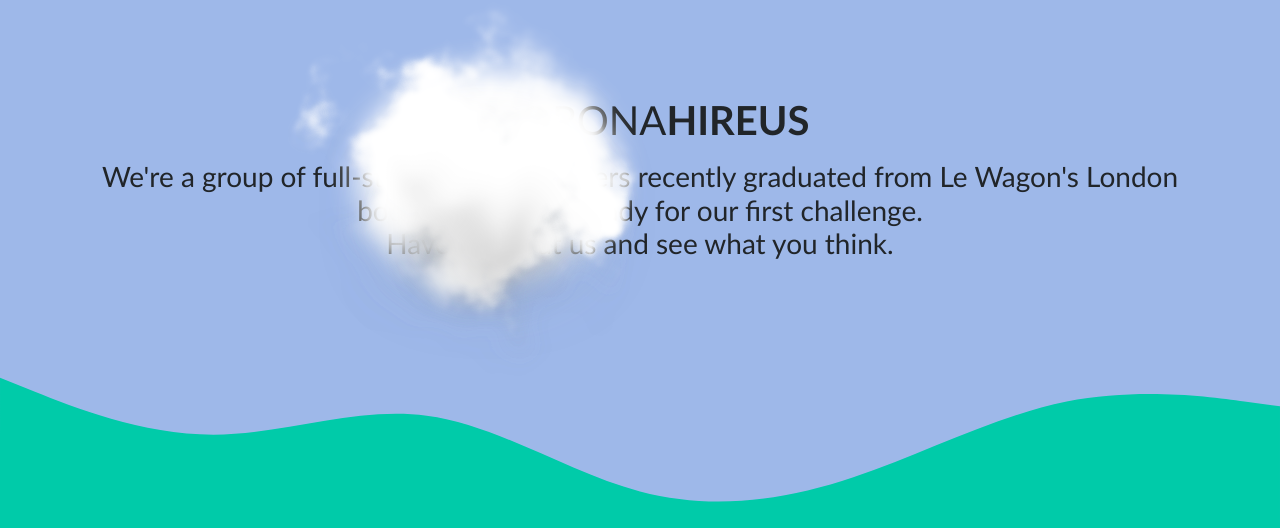
Repository: rahulkeerthi/coronahireus
Page: index.html
An editor plug-in stored every save of this project. The page is shown before and after the next save, followed by the edit.
The browser window is 1280 px wide. The pictures show the part of the page from y = 0 to 528 px (the page is 1328 px tall).
A picture or video elsewhere on the page could not be fetched, so the positions and the page height are approximate. Some web libraries are served in a nearby version.

Above is the page before, as saved 2020-03-28 02:02:27.

### index.html
<!DOCTYPE html>
<html lang="en">
<head>
    <meta charset="UTF-8">
    <meta name="viewport" content="width=device-width, initial-scale=1.0">
    <meta http-equiv="X-UA-Compatible" content="IE=edge">
    <title>Corona-Hire-Us</title>
    <link rel="stylesheet" href="style.css">
    <script src="main.js" defer></script>
    <link rel="shortcut icon" href="data:[embedded picture, 18 characters]" type="image/x-icon">
    <link rel="stylesheet" href="https://use.fontawesome.com/releases/v5.0.10/css/all.css">
    <link rel="stylesheet" href="https://stackpath.bootstrapcdn.com/bootstrap/4.3.1/css/bootstrap.min.css">
  </head>
<body>
    <div>
        <div class="wrapper">
            <div class="body-cloud" id="cloud1">
                <div class="cloud" id="cloud1-back" style="left: -15vw"></div>
                <div class="cloud" id="cloud1-mid" style="left: -15vw"></div>
                <div class="cloud" id="cloud1-front" style="left: -15vw"></div>
                <!--   77, 327,109, 841, 2319, 5032, 1094, 892, 6739, 512, 84 -->
                <svg width="0" height="0">
                <!--Top Layer-->
                    <filter id="filter1-back">
                    <feTurbulence type="fractalNoise" baseFrequency="0.012" numOctaves="4" seed="0" />
                    <feDisplacementMap  in="SourceGraphic" scale="170" />
                    </filter>
                    <filter id="filter1-mid">
                        <feTurbulence type="fractalNoise"  baseFrequency="0.012" numOctaves="2" seed="0"/>
                    <feDisplacementMap  in="SourceGraphic" scale="150" />
                    </filter>
                    <filter id="filter1-front">
                        <feTurbulence type="fractalNoise" baseFrequency="0.012" numOctaves="2" seed="0"/>
                    <feDisplacementMap  in="SourceGraphic" scale="100" />
                    </filter>
                </svg>
            </div>
            <div class="body-cloud" id="cloud2">
                <div class="cloud" id="cloud2-mid" style="left: 0vw, top: -10vh"></div>
                <div class="cloud" id="cloud2-back" style="left: 0vw, top: -10vh"></div>
                <div class="cloud" id="cloud2-front" style="left: 0vw, top: -10vh"></div>
                <!--   77, 327,109, 841, 2319, 5032, 1094, 892, 6739, 512, 84 -->
                <svg width="0" height="0">
                <!--Top Layer-->
                    <filter id="filter2-back">
                    <feTurbulence type="fractalNoise" baseFrequency="0.012" numOctaves="4" seed="0" />
                    <feDisplacementMap  in="SourceGraphic" scale="170" />
                    </filter>
                    <filter id="filter2-mid">
                        <feTurbulence type="fractalNoise"  baseFrequency="0.012" numOctaves="2" seed="0"/>
                    <feDisplacementMap  in="SourceGraphic" scale="150" />
                    </filter>
                    <filter id="filter2-front">
                        <feTurbulence type="fractalNoise" baseFrequency="0.012" numOctaves="2" seed="0"/>
                    <feDisplacementMap  in="SourceGraphic" scale="100" />
                    </filter>
                </svg>
            </div>
            <div class="sky text-center">
                <h1 class="pt-5">#CORONA<strong>HIREUS</strong></h1>
                <h3 class="container py-2">We're a group of full-stack Rails developers recently graduated from Le Wagon's London boot camp. We're ready for our first challenge. <br>Have a look at us and see what you think.</h3>
            </div>
            <div class="hills">
                <svg xmlns="http://www.w3.org/2000/svg" viewBox="0 0 1440 320"><path fill="#00cba9" fill-opacity="1" d="M0,128L40,144C80,160,160,192,240,192C320,192,400,160,480,170.7C560,181,640,235,720,256C800,277,880,267,960,240C1040,213,1120,171,1200,154.7C1280,139,1360,149,1400,154.7L1440,160L1440,320L1400,320C1360,320,1280,320,1200,320C1120,320,1040,320,960,320C880,320,800,320,720,320C640,320,560,320,480,320C400,320,320,320,240,320C160,320,80,320,40,320L0,320Z"></path></svg>
            </div>
            <div class="field">
                <div class="container pt-5" id="card-container">
                    <div class="card-profile invisible">
                        <img src="https://kitt.lewagon.com/placeholder/users/rahulkeerthi" />
                        <div class="card-profile-infos">
                          <h2>Rahul Keerthi</h2>
                          <p>Interest in <strong>full-stack, front-end and back-end</strong>. TMT strategy consultant background.</p>
                          <p>Currently learning React.</p>
                        </div>
                        <div class="card-links">
                            <a href="https://twitter.com/diegegenpress" target="_blank"><i class="fab fa-twitter"></i></a>
                            <a href="https://github.com/rahulkeerthi/" target="_blank"><i class="fab fa-github"></i></a>
                            <a href="https://www.linkedin.com/in/rahulkeerthi" target="_blank"><i class="fab fa-linkedin"></i></a>
                        </div>
                    </div>
                    <div class="card-profile invisible">
                        <img src="https://kitt.lewagon.com/placeholder/users/domferris" />
                        <div class="card-profile-infos">
                          <h2>Dom Ferris</h2>
                          <p>Interest in <strong>full-stack and front-end</strong>. Visual arts background.</p>
                          <p>Currently working an MVP.</p>
                        </div>
                        <div class="card-links">
                            <a href="https://twitter.com/CoronaHire" target="_blank"><i class="fab fa-twitter"></i></a>
                            <a href="https://github.com/rahulkeerthi/coronahireus" target="_blank"><i class="fab fa-github"></i></a>
                            <a href="#" target="_blank"><i class="fab fa-linkedin"></i></a>
                        </div>
                    </div>
                    <div class="card-profile invisible">
                        <img src="https://kitt.lewagon.com/placeholder/users/magdacembor" />
                        <div class="card-profile-infos">
                          <h2>Magda Cembor</h2>
                          <p>Interest in <strong>full-stack, front-end and back-end</strong>. Visual arts background.</p>
                          <p>Currently learning node.js and React.</p>
                        </div>
                        <div class="card-links">
                            <a href="https://twitter.com/CoronaHire" target="_blank"><i class="fab fa-twitter"></i></a>
                            <a href="https://github.com/rahulkeerthi/coronahireus" target="_blank"><i class="fab fa-github"></i></a>
                            <a href="#" target="_blank"><i class="fab fa-linkedin"></i></a>
                        </div>
                    </div>
                    <div class="card-profile invisible">
                        <img src="https://kitt.lewagon.com/placeholder/users/katsuu" />
                        <div class="card-profile-infos">
                          <h2>Katrina Au</h2>
                          <p>Interest in <strong>full-stack and front-end</strong>. Product owner background.</p>
                          <p>Currently working on an MVP.</p>
                        </div>
                        <div class="card-links">
                            <a href="https://twitter.com/CoronaHire" target="_blank"><i class="fab fa-twitter"></i></a>
                            <a href="https://github.com/rahulkeerthi/coronahireus" target="_blank"><i class="fab fa-github"></i></a>
                            <a href="#" target="_blank"><i class="fab fa-linkedin"></i></a>
                        </div>
                    </div>
                </div>
            </div>
        </div>
    </div>
    <div class="footer">
        <div class="footer-links">
            <a href="https://twitter.com/CoronaHire"><i class="fab fa-twitter"></i></a>
            <a href="https://github.com/rahulkeerthi/coronahireus"><i class="fab fa-github"></i></a>
            <a href="#"><i class="fab fa-linkedin"></i></a>
        </div>
        <div class="footer-copyright">
          Made with <i class="fas fa-heart"></i> by Rahul Keerthi (Le Wagon #361)
        </div>
      </div>
</body>
</html>

### style.css
body p {
    font-family: 'Lucida Sans', 'Lucida Sans Regular', 'Lucida Grande', 'Lucida Sans Unicode', Geneva, Verdana, sans-serif;
}

body h1 {
    font-family: 'Gill Sans', 'Gill Sans MT', Calibri, 'Trebuchet MS', sans-serif;
}

body h3 {
    font-family: 'Gill Sans', 'Gill Sans MT', Calibri, 'Trebuchet MS', sans-serif;
}

/* PAGE STRUCTURE */

.wrapper {
    /* position: relative; */
}

.sky {
    background-color: #9eb8e9;
    height: 30vh;
}

.sky h1 {
    z-index: 100;
}

.sky h3 {
    z-index: 100;
}

.hills {
    background-color: #9eb8e9;
}

.field {
    background-color: #00cba9;
    min-height: 100vh;
}

/* PROFILE CARDS */

#card-container {
    display: grid;
    grid-template-columns: 1fr 1fr;
    column-gap: 1rem;
    row-gap: 1rem;
}

.card-profile {
    overflow: hidden;
    height: 160px;
    background: white;
    box-shadow: 2px 2px 15px rgba(0,0,0,0.4);
    display: flex;
    justify-content: space-between;
    align-items: center;
    transition: all 1s ease;
  }

  .card-profile img {
    height: 100%;
    width: 120px;
    object-fit: cover;
  }

  .card-profile h2 {
    font-size: 16px;
    font-weight: bold;
    margin: 0;
  }

  .card-profile p {
    font-size: 12px;
    line-height: 1.4;
    opacity: .7;
    margin-bottom: 0;
    margin-top: 8px;
  }

  .card-profile .card-profile-infos {
    padding: 0 1rem;
  }

  .card-links {
    width: 20%;
    align-items: center;
    padding: 0 1rem;
  }
  .card-links a {
    color: black;
    opacity: 0.15;
    text-decoration: none;
    font-size: 1.5rem;
    padding: 0 0.5rem;
  }
  .card-links a:hover {
    color: #016151;
    opacity: 1;
  }

  .invisible {
      opacity: 0;
  }

/* FOOTER, BASED ON LE WAGON UI KIT */

.footer {
    background: #F4F4F4;
    display: flex;
    align-items: center;
    justify-content: space-between;
    height: 60px;
    padding: 0px 50px;
    color: rgba(0,0,0,0.3);
  }
  .footer-links {
    display: flex;
    align-items: center;
  }
  .footer-links a {
    color: black;
    opacity: 0.15;
    text-decoration: none;
    font-size: 24px;
    padding: 0px 10px;
  }
  .footer-links a:hover {
    color: #016151;
    opacity: 1;
  }

  .footer .fa-heart {
    color: #D23333;
  }

  /* CLOUD */

.body-cloud {
  /* width: 100vw;
  height: 100vh;
  background: linear-gradient(165deg, #527785 0%, #527785 100%); */
/*   background: linear-gradient(165deg, #527785 0%, #527785 100%); */
  /* padding: 1%; */
  background-color: #9eb8e9;
  overflow: hidden;
}

.cloud {
  width: 300px;
  height: 250px;
  border-radius: 50%;
  position: absolute;
  top: -35vh;
  left: -15vw;
}

#cloud1-back {
  filter: url(#filter-back);
  box-shadow: 300px 300px 30px -20px #fff;
}

#cloud1-mid {
  filter: url(#filter-mid);
  box-shadow: 300px 340px 70px -60px rgba(158, 168, 179, 0.5);
    left: -25vw;
}

#cloud1-front {
  filter: url(#filter-front);
  box-shadow: 300px 370px 60px -100px rgba(0, 0, 0, 0.3);
    left: -25vw;
}

#cloud2-back {
    filter: url(#filter2-back);
    box-shadow: 300px 300px 30px -20px #fff;
  }

#cloud2-mid {
    filter: url(#filter2-mid);
    box-shadow: 300px 340px 70px -60px rgba(158, 168, 179, 0.5);
    left: -25vw;
}

#cloud2-front {
    filter: url(#filter2-front);
    box-shadow: 300px 370px 60px -100px rgba(0, 0, 0, 0.3);
    left: -25vw;
}

### main.js
const removeInvisible = () => {
    const y = window.scrollY;
    const cards = document.querySelectorAll('.card-profile')
    // console.log(window.scrollY);
    if (y >= 150) {
        cards.forEach((card) => {
            card.classList.remove('invisible');
        })
    };
};

window.addEventListener('scroll', removeInvisible);

const clouds = document.querySelectorAll('.cloud')
let leftPosition = 0;
const moveCloud = () => {
    leftPosition = leftPosition + 0.01;
    clouds.forEach((cloud) => {
        // console.log(cloud);
        cloud.style.left = leftPosition + "vw";
    })
}

setInterval(moveCloud, 20);


// $(document).ready(function(){
//     var bgPosition = 0;
//     function drift(){
//       bgPosition = bgPosition - 1;
//       $("#cloud1").css("background-position", bgPosition + "px");
//    $("#cloud2").css("background-position", bgPosition + "px")
//     };
//   });

After the next save:
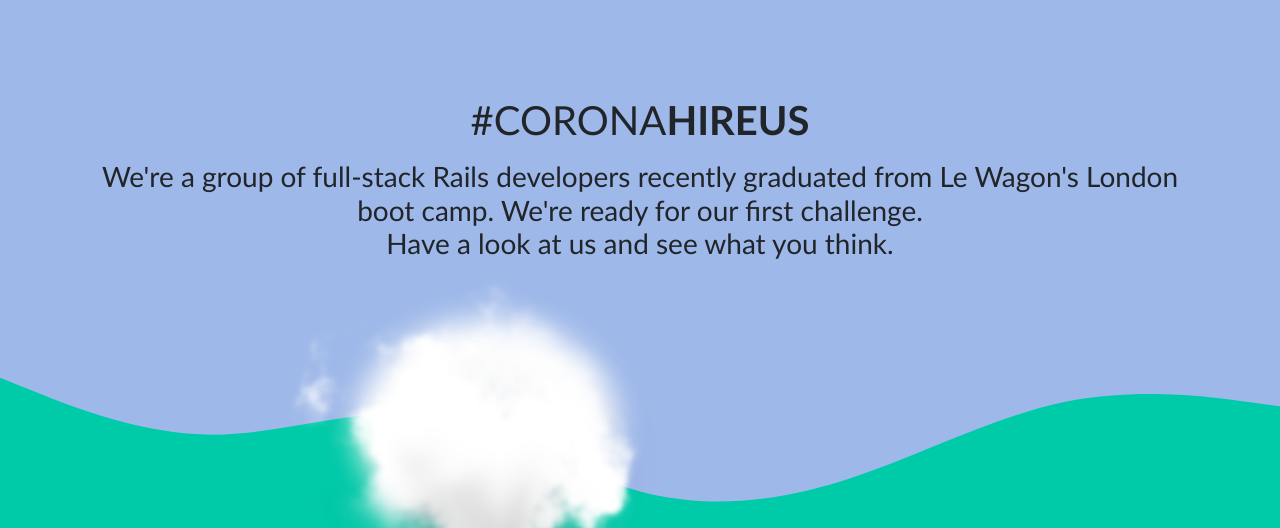
Saved 21 s later.
--- a/style.css
+++ b/style.css
@@ -151,8 +151,6 @@
   height: 250px;
   border-radius: 50%;
   position: absolute;
-  top: -35vh;
-  left: -15vw;
 }
 
 #cloud1-back {
